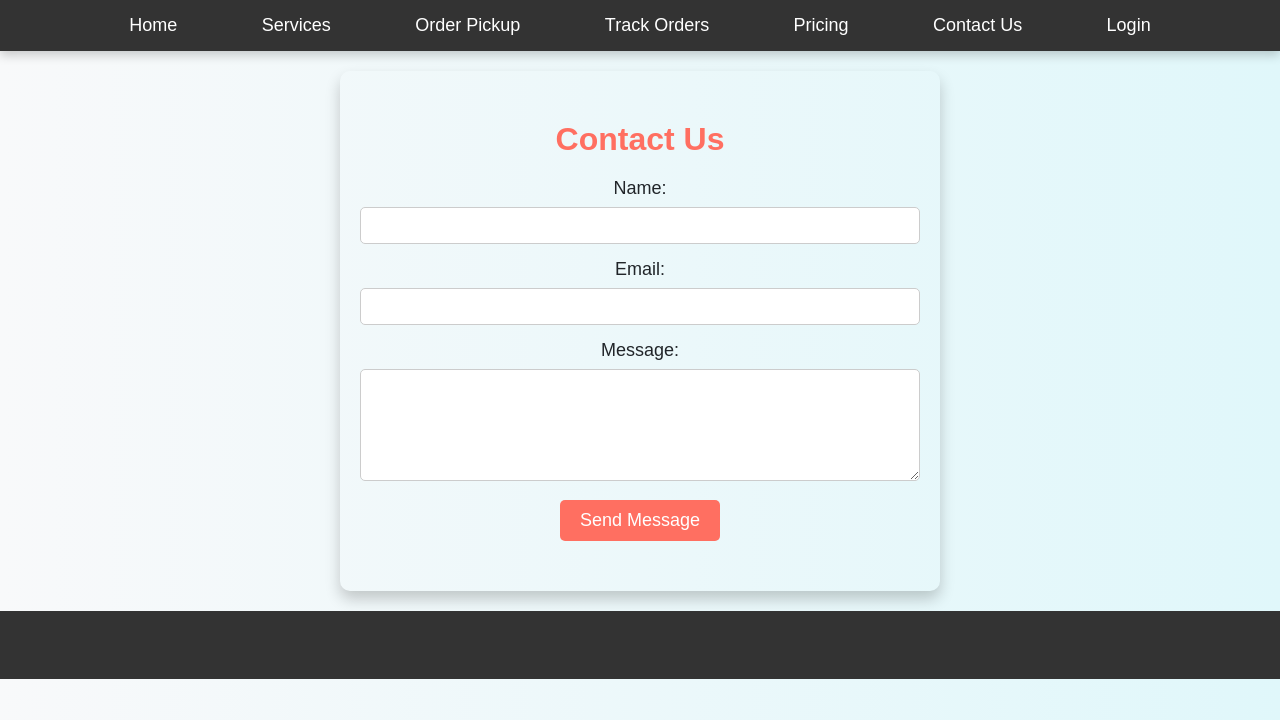
Repository: wmrmweerakoon/Online-Laundry-Management-System
Page: http://localhost/LaundryManagementSystem/contact.jsp
An editor plug-in stored every save of this project. The page is shown before and after the next save, followed by the edit.
The browser window is 1280 px wide. The pictures show the whole page.
The page is served by Tomcat 9.

Above is the page before, as saved 2024-10-13 11:12:12.

After the next save:
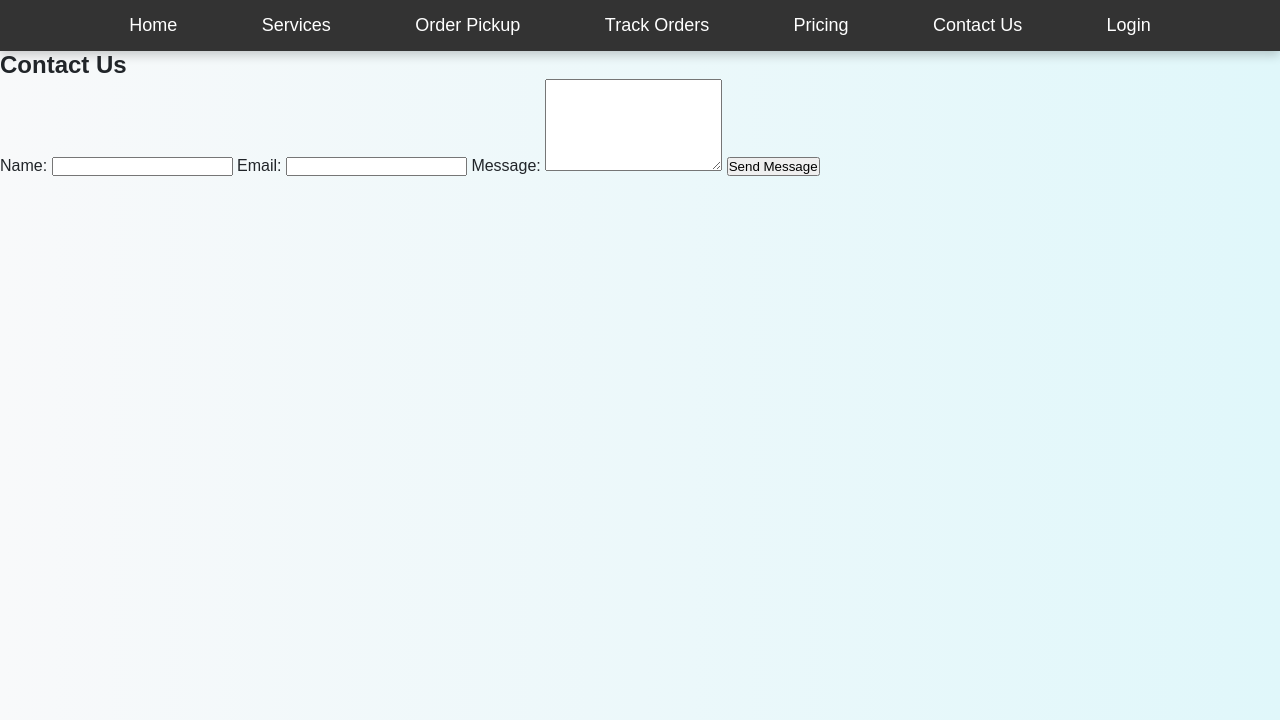
Saved 23 s later.
--- a/Projects/LaundryManagementSystem/src/main/webapp/contact.jsp
+++ b/Projects/LaundryManagementSystem/src/main/webapp/contact.jsp
@@ -6,10 +6,11 @@
     <meta charset="UTF-8">
     <meta name="viewport" content="width=device-width, initial-scale=1.0">
     <title>Contact Us - Online Laundry Management System</title>
-    <link rel="stylesheet" href="CSS/contact.css">
+
 
 
     <style>
+
     :root {
     --primary-color: #ff6f61; /* Coral Pink */
     --secondary-color: #ff9a76; /* Light Coral */
